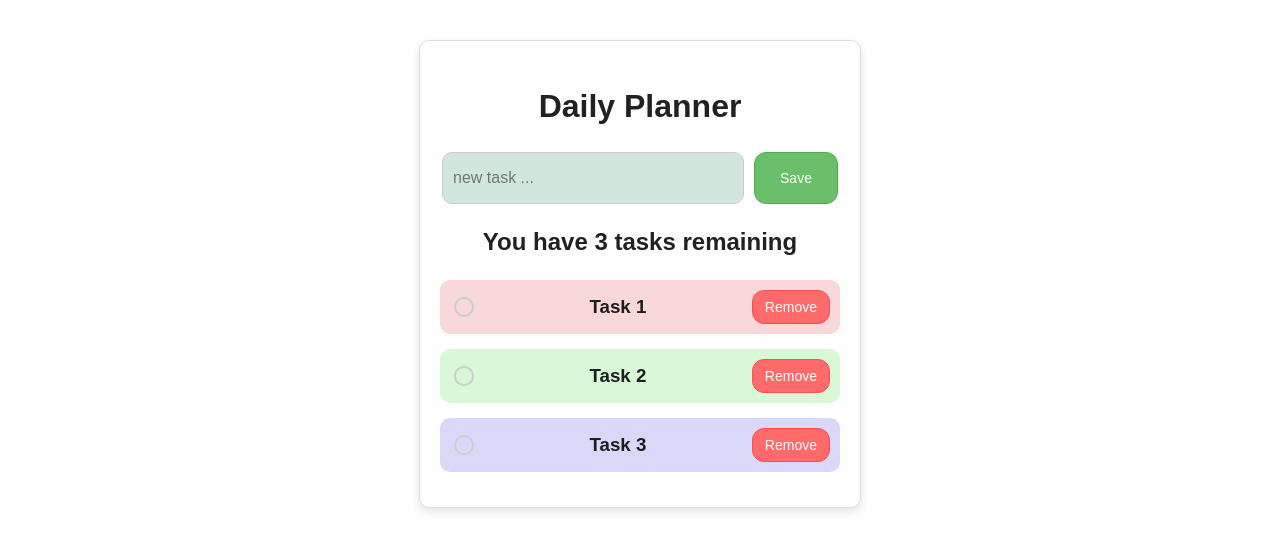
Repository: Zalida-Khan/Frontend-Lab4
Page: /
An editor plug-in stored every save of this project. The page is shown before and after the next save, followed by the edit.
The browser window is 1280 px wide. The pictures show the whole page.
The project was rebuilt for these pictures with package versions that can differ from the ones it lists, and the page was loaded fresh each time. Also part of the build but not shown: vite.config.js.

Above is the page before, as saved 2024-10-22 00:47:09.

### index.html
<!doctype html>
<html lang="en">

<head>
  <meta charset="UTF-8" />
  <link rel="icon" type="image/svg+xml" href="/vite.svg" />
  <meta name="viewport" content="width=device-width, initial-scale=1.0" />
  <title>Day Planner</title>
</head>

<body>
  <div id="root"></div>
  <script type="module" src="/src/main.jsx"></script>
</body>

</html>

### src/App.jsx
import "./App.css";
import React, { useState } from "react";
import Task from "./components/Task";
import TaskForm from "./components/TaskForm";

function App() {
  const [tasks, setTasks] = useState([
    { id: 1, text: "Task 1", completed: false },
    { id: 2, text: "Task 2", completed: false },
    { id: 3, text: "Task 3", completed: false },
  ]);

  const addTask = (text) =>
    setTasks([...tasks, { id: Date.now(), text, completed: false }]);

  const toggleTask = (id) =>
    setTasks(
      tasks.map((task) =>
        task.id === id ? { ...task, completed: !task.completed } : task
      )
    );

  const removeTask = (id) => setTasks(tasks.filter((task) => task.id !== id));

  const remainingTasks = tasks.filter((task) => !task.completed).length;

  return (
    <div className="app">
      <header>
        <h1>Daily Planner</h1>
      </header>
      <TaskForm addTask={addTask} />
      <h2>You have {remainingTasks} tasks remaining</h2>
      <div className="task-list">
        {tasks.map((task) => (
          <Task
            key={task.id}
            task={task}
            toggleTask={toggleTask}
            removeTask={removeTask}
          />
        ))}
      </div>
    </div>
  );
}

export default App;

### src/index.css
:root {
  font-family: Inter, system-ui, Avenir, Helvetica, Arial, sans-serif;
  line-height: 1.5;
  font-weight: 400;

  color-scheme: light dark;
  color: rgba(0, 0, 0, 0.87);
  background-color: #fefefe;

  font-synthesis: none;
  text-rendering: optimizeLegibility;
  -webkit-font-smoothing: antialiased;
  -moz-osx-font-smoothing: grayscale;
}

### src/App.css
#root {
  max-width: 1280px;
  margin: 0 auto;
  padding: 2rem;
  text-align: center;
}

.app {
  width: 400px;
  margin: 0 auto;
  padding: 20px;
  font-family: Arial, sans-serif;
  border: 1px solid #ddd;
  border-radius: 10px;
  box-shadow: 0 4px 10px rgba(0, 0, 0, 0.1);
}

.task-list {
  margin-top: 20px;
}

.task {
  display: flex;
  align-items: center;
  justify-content: space-between;
  margin-bottom: 15px;
  padding: 10px;
  border-radius: 10px;
}

.task:nth-child(6n+1) {
  background-color: #f8d8d9;
}

.task:nth-child(6n+2) {
  background-color: #d8f8d8;
}

.task:nth-child(6n+3) {
  background-color: #d9d8f8;
}

.task:nth-child(6n+4) {
  background-color: #f8e1d8;
}

.task:nth-child(6n+5) {
  background-color: #e1f8d8;
}

.task:nth-child(6n) {
  background-color: #d8e1f8;
}

.task h3 {
  margin: 0;
  flex-grow: 1;
  text-decoration: none;
}

.task.completed h3 {
  text-decoration: line-through;
}

.checkmark {
  appearance: none;
  width: 20px;
  height: 20px;
  border-radius: 50%;
  border: 2px solid #ccc;
  background-color: transparent;
  display: flex;
  align-items: center;
  justify-content: center;
  cursor: pointer;
  margin-right: 10px;
}

.checkmark:checked {
  background-color: #d1e7dd;
  border: 2px solid #198754;
}

.checkmark:checked::after {
  content: '✓';
  color: rgb(0, 0, 0);
}

.delete-btn {
  padding: 8px 12px;
  border-radius: 12px;
  background-color: #ff6b6b;
  border: 1px solid #ff4c4c;
  color: white;
  cursor: pointer;
  font-size: 14px;
  transition: background-color 0.3s, transform 0.2s;
}

.delete-btn:hover {
  background-color: #ff4c4c;
  transform: scale(1.05);
}

.save-btn {
  padding: 17px 25px;
  border-radius: 12px;
  background-color: #6bbf6b;
  border: 1px solid #4cae4c;
  color: white;
  cursor: pointer;
  font-size: 14px;
  transition: background-color 0.3s, transform 0.2s;
}

.save-btn:hover {
  background-color: #4cae4c;
  transform: scale(1.05);
}

.input-field {
  width: 70%;
  height: 30px;
  padding: 10px;
  border-radius: 10px;
  background-color: #d1e7dd;
  margin-right: 10px;
  border: 1px solid #ccc;
  font-size: 16px;
  outline: none;
  color: black;
  transition: border-color 0.3s;
}

.input-field:focus {
  border-color: #198754;
}

.save-btn {
  padding: 17px 25px;
  border-radius: 12px;
  background-color: #6bbf6b;
  transition: background-color 0.3s, transform 0.2s;
}

.save-btn:hover {
  background-color: #4cae4c;
  transform: scale(1.05);
}

.input-field {
  width: 70%;
  height: 30px;
  padding: 10px;
  border-radius: 10px;
  background-color: #d1e7dd;
  margin-right: 10px;
  border: 1px solid #ccc;
  transition: border-color 0.3s;
}

.input-field:focus {
  border-color: #198754;
}

### src/components/Task.jsx
import React from 'react';

function Task({ task, toggleTask, removeTask }) {
  return (
    <div className={`task ${task.completed ? 'completed' : ''}`}>
      <input className="checkmark" type="checkbox" checked={task.completed} onChange={() => toggleTask(task.id)} />
      <h3>{task.text}</h3>
      <button className="delete-btn" onClick={() => removeTask(task.id)}>Remove</button>
    </div>
  );
}

export default Task;

### src/components/TaskForm.jsx
import React, { useState } from 'react';

function TaskForm({ addTask }) {
  const [text, setText] = useState('');

  const handleSubmit = (e) => {
    e.preventDefault();
    if (text.trim()) {
      addTask(text);
      setText('');
    }
  };

  return (
    <form onSubmit={handleSubmit}>
      <input className="input-field" type="text" value={text} onChange={(e) => setText(e.target.value)} placeholder="new task ..." />
      <button className="save-btn" type="submit">Save</button>
    </form>
  );
}

export default TaskForm;

Loaded but not shown: src/main.jsx (common file)

After the next save:
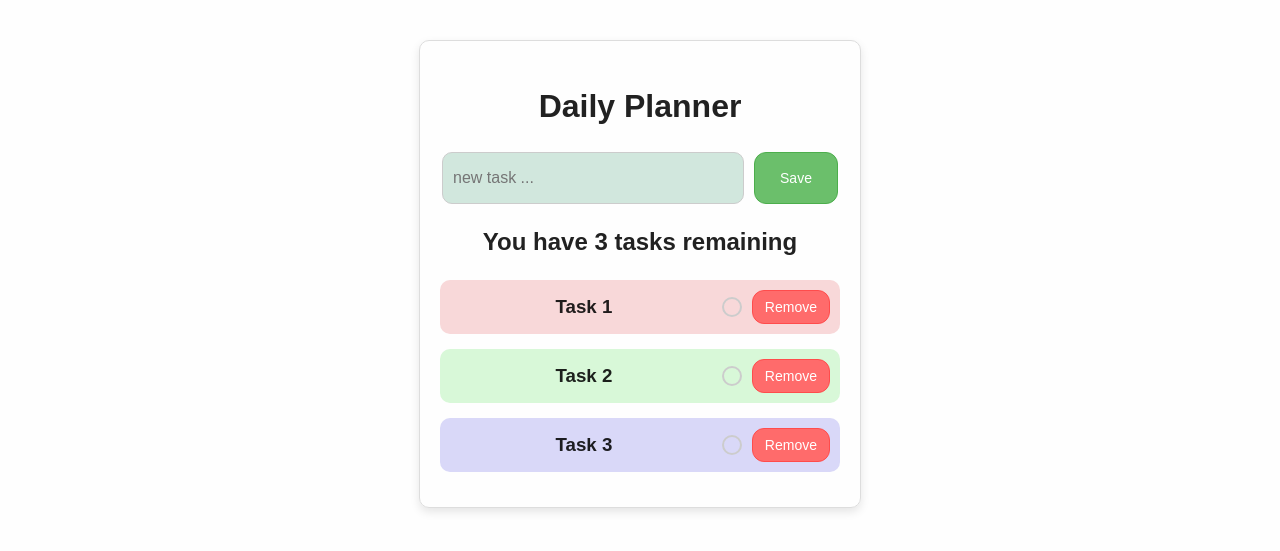
Saved 25 s later.
--- a/src/components/Task.jsx
+++ b/src/components/Task.jsx
@@ -3,9 +3,16 @@ import React from 'react';
 function Task({ task, toggleTask, removeTask }) {
   return (
     <div className={`task ${task.completed ? 'completed' : ''}`}>
-      <input className="checkmark" type="checkbox" checked={task.completed} onChange={() => toggleTask(task.id)} />
       <h3>{task.text}</h3>
-      <button className="delete-btn" onClick={() => removeTask(task.id)}>Remove</button>
+      <input
+        className="checkmark"
+        type="checkbox"
+        checked={task.completed}
+        onChange={() => toggleTask(task.id)}
+      />
+      <button className="delete-btn" onClick={() => removeTask(task.id)}>
+        Remove
+      </button>
     </div>
   );
 }
